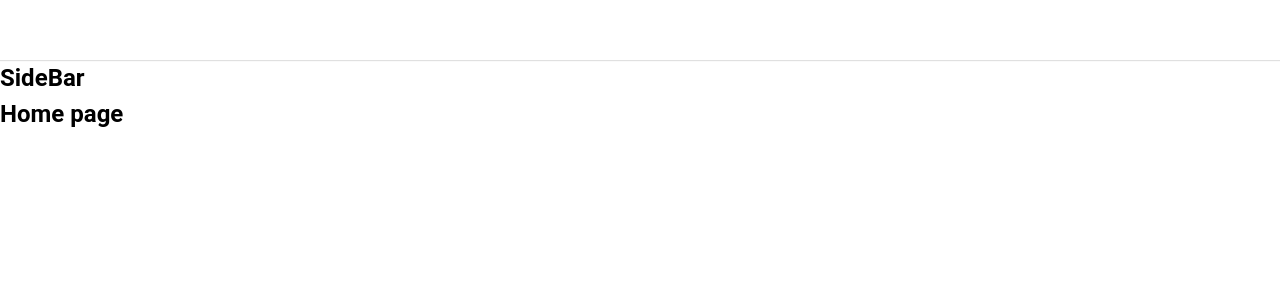
Repository: ynguyen1512/tiktok-ui
Page: /
An editor plug-in stored every save of this project. The page is shown before and after the next save, followed by the edit.
The browser window is 1280 px wide. The pictures show the whole page.
The project was rebuilt for these pictures with package versions that can differ from the ones it lists, and the page was loaded fresh each time. Also part of the build but not shown: src/pages/Following/index.js, src/pages/Profile/index.js, src/pages/Upload/index.js, src/pages/Search/index.js. Imported but missing from the stored project, and not drawn on this page: src/components/Layout/HeaderOnly.

Above is the page before, as saved 2023-07-29 10:44:32.

After the next save:
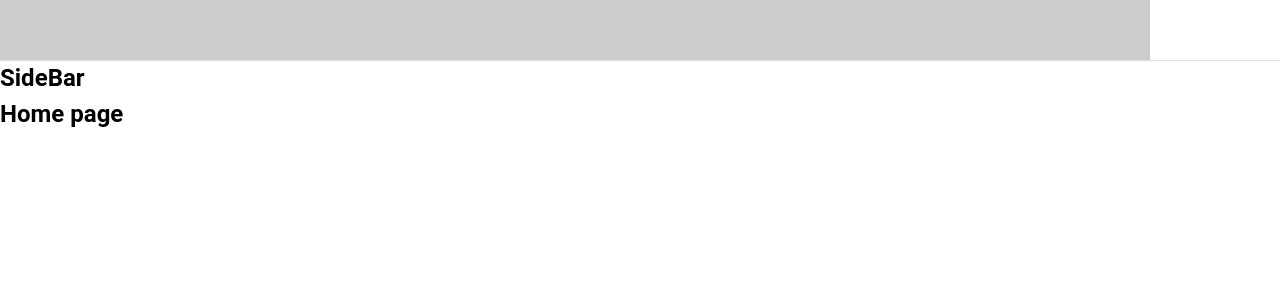
Saved 17 s later.
--- a/src/components/Layout/components/Header/Header.module.scss
+++ b/src/components/Layout/components/Header/Header.module.scss
@@ -2,3 +2,9 @@
     height: 60px;
     box-shadow: 0px 1px 1px rgb(0 0 0 / 12%);
 }
+
+.inner {
+    height: 100%;
+    width: 1150px;
+    background-color: #ccc;
+}
